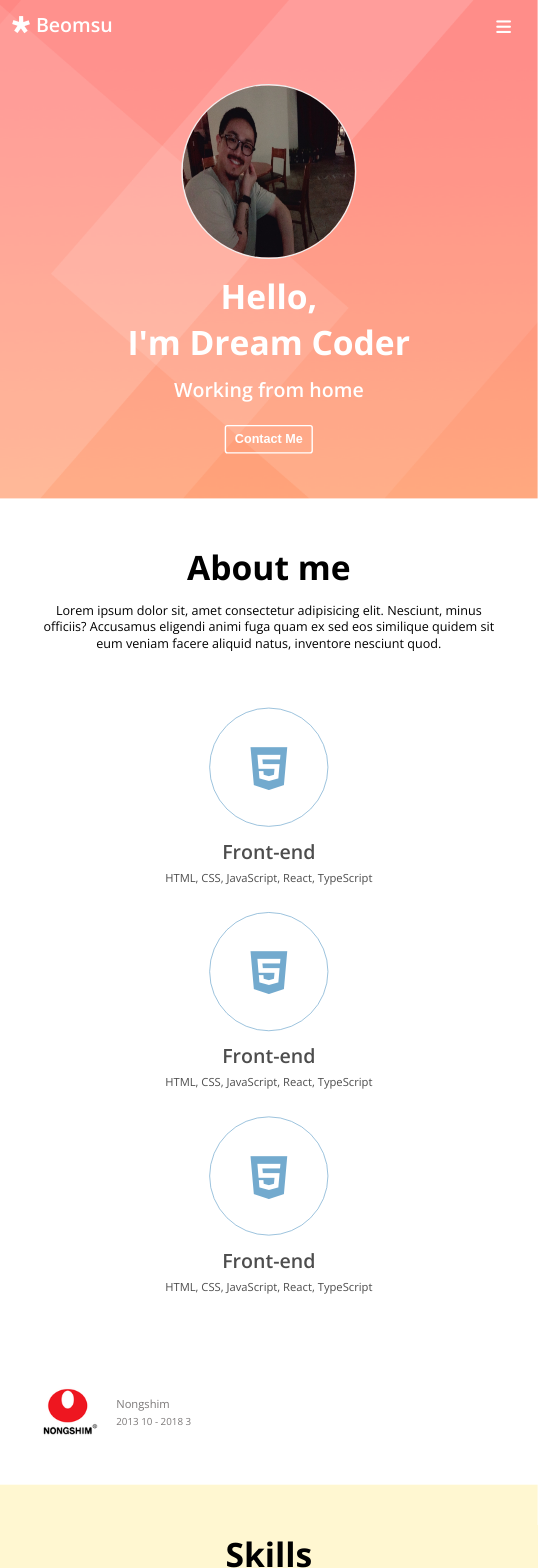
Repository: beomsu9696/Dream_Coding_Academy4
Page: index.html
An editor plug-in stored every save of this project. The page is shown before and after the next save, followed by the edit.
The browser window is 768 px wide. The pictures show the part of the page from y = 0 to 2240 px (the page is 5775 px tall), at 70% of full size.
After loading, the first visible `button.navbar__toggle-btn` was clicked once.
Some web libraries are served in a nearby version.

Above is the page before, as saved 2021-01-26 19:58:22.

### index.html
<!DOCTYPE html>
<html lang="en">
  <head>
    <meta charset="UTF-8" />
    <meta name="viewport" content="width=device-width, initial-scale=1.0" />
    <title>Portfolio</title>
    <meta name="description" content="Portfolio" />
    <meta name="author" content="Beomsu" />
    <link rel="icon" type="image/png" href="images/favicon.png" />
    <script
      src="https://kit.fontawesome.com/c90a48a564.js"
      crossorigin="anonymous"
    ></script>
    <link rel="preconnect" href="https://fonts.gstatic.com" />
    <link
      href="https://fonts.googleapis.com/css2?family=Open+Sans:wght@400;600;700&display=swap"
      rel="stylesheet"
    />
    <link rel="stylesheet" href="style.css" />
    <script src="main.js" defer></script>
  </head>
  <body>
    <!-- Navbar -->
    <nav id="navbar">
      <div class="navbar__logo">
        <i class="fab fa-diaspora"></i>
        <a href="#">Beomsu</a>
      </div>
      <ul class="navbar__menu">
        <li class="navbar__menu__item" data-link="#home">Home</li>
        <li class="navbar__menu__item" data-link="#about">About</li>
        <li class="navbar__menu__item" data-link="#skills">Skills</li>
        <li class="navbar__menu__item" data-link="#work">My Work</li>
        <li class="navbar__menu__item" data-link="#testimonials">
          Testimonials
        </li>
        <li class="navbar__menu__item" data-link="#contact">Contact</li>
      </ul>
      <!-- Togglle button -->
      <button class="navbar__toggle-btn">
        <i class="fas fa-bars"></i>
      </button>
    </nav>
    <!-- Home -->
    <section id="home">
      <div class="home__container">
        <img
          src="images/profile.JPG"
          alt="Beomsu's profile photo"
          class="home__avatar"
        />
        <h1 class="home__title">Hello, <br />I'm Dream Coder</h1>
        <h2 class="home__description">Working from home</h2>
        <button class="home__contact">Contact Me</button>
      </div>
    </section>
    <!-- About -->
    <section id="about" class="section section__container">
      <h1>About me</h1>
      <p>
        Lorem ipsum dolor sit, amet consectetur adipisicing elit. Nesciunt,
        minus officiis? Accusamus eligendi animi fuga quam ex sed eos similique
        quidem sit eum veniam facere aliquid natus, inventore nesciunt quod.
      </p>
      <div class="about__majors">
        <div class="major">
          <div class="major__icon">
            <i class="fab fa-html5"></i>
          </div>
          <h2 class="major__title">Front-end</h2>
          <div class="major__description">
            HTML, CSS, JavaScript, React, TypeScript
          </div>
        </div>
        <div class="major">
          <div class="major__icon">
            <i class="fab fa-html5"></i>
          </div>
          <h2 class="major__title">Front-end</h2>
          <div class="major__description">
            HTML, CSS, JavaScript, React, TypeScript
          </div>
        </div>
        <div class="major">
          <div class="major__icon">
            <i class="fab fa-html5"></i>
          </div>
          <h2 class="major__title">Front-end</h2>
          <div class="major__description">
            HTML, CSS, JavaScript, React, TypeScript
          </div>
        </div>
      </div>
      <div class="about__jobs">
        <div class="job">
          <img
            src="images/jobs/logo-nongshim.png"
            alt="nongshim"
            class="job__logo"
          />
          <div class="job__description">
            <p class="job__name">Nongshim</p>
            <p class="job__period">2013 10 - 2018 3</p>
          </div>
        </div>
        <div class="job">
          <img src="" alt="" class="job__logo" />
          <div class="job__description">
            <p class="job__name"></p>
            <p class="job__period"></p>
          </div>
        </div>
      </div>
    </section>
    <!-- Skills -->
    <section id="skills" class="section">
      <div class="section__container">
        <h1>Skills</h1>
        <h2>Skills & Attributes</h2>
        <p>
          Lorem, ipsum dolor sit amet consectetur adipisicing elit. Vel odit
          repellendus quidem quod quibusdam et autem sint doloribus quis dolore.
          Provident aliquid suscipit voluptates iste sunt delectus unde cumque
          repellendus!
        </p>
        <div class="skillset">
          <div class="skillset__left">
            <h3 class="skillset__title">Skills</h3>
            <div class="skill">
              <div class="skill__description">
                <span>HTML</span>
                <span>70%</span>
              </div>
              <!-- <progress value="70" max="100"></progress> -->
              <div class="skill__bar">
                <div class="skill__value" style="width: 70%"></div>
              </div>
            </div>
            <div class="skill">
              <div class="skill__description">
                <span>HTML</span>
                <span>70%</span>
              </div>
              <div class="skill__bar">
                <div class="skill__value"></div>
              </div>
            </div>
            <div class="skill">
              <div class="skill__description">
                <span>HTML</span>
                <span>70%</span>
              </div>
              <div class="skill__bar">
                <div class="skill__value"></div>
              </div>
            </div>
            <div class="skill">
              <div class="skill__description">
                <span>HTML</span>
                <span>70%</span>
              </div>
              <div class="skill__bar">
                <div class="skill__value"></div>
              </div>
            </div>
            <div class="skill">
              <div class="skill__description">
                <span>HTML</span>
                <span>70%</span>
              </div>
              <div class="skill__bar">
                <div class="skill__value"></div>
              </div>
            </div>
          </div>
          <div class="skillset__right">
            <div class="tools">
              <h3 class="skillset__title">Tools</h3>
              <ul class="tools__list">
                <li><span>Visual Studio Code</span></li>
                <li><span>Visual Studio Code</span></li>
                <li><span>Visual Studio Code</span></li>
                <li><span>Visual Studio Code</span></li>
                <li><span>Visual Studio Code</span></li>
              </ul>
            </div>
            <div class="etc">
              <h3 class="skillset__title">Etc</h3>
              <ul class="etc__list">
                <li><span>Git</span></li>
                <li><span>Git</span></li>
                <li><span>Git</span></li>
              </ul>
            </div>
          </div>
        </div>
      </div>
    </section>
    <!-- Work -->
    <section id="work" class="section">
      <div class="section__container">
        <h1>My work</h1>
        <h3>Projects</h3>
        <div class="work__categories">
          <button class="category__btn selected" data-filter="*">
            All <span class="category__count">8</span>
          </button>
          <button class="category__btn" data-filter="front-end1">
            Front-end <span class="category__count">1</span>
          </button>
          <button class="category__btn" data-filter="front-end2">
            Front-end <span class="category__count">1</span>
          </button>
          <button class="category__btn" data-filter="front-end3">
            Front-end <span class="category__count">1</span>
          </button>
        </div>
        <div class="work__projects">
          <a href="#" class="project" target="_blank" data-type="front-end1">
            <img
              class="project__img"
              src="images/projects/project1.png"
              alt="Project1"
            />
            <div class="project__description">
              <h3>Project</h3>
              <span>Clone coding with HTML and CSS</span>
            </div>
          </a>
          <a href="#" class="project" target="_blank" data-type="front-end2">
            <img
              class="project__img"
              src="images/projects/project2.png"
              alt="Project2"
            />
            <div class="project__description">
              <h3>Project</h3>
              <span>Clone coding with HTML and CSS</span>
            </div>
          </a>
          <a href="#" class="project" target="_blank" data-type="front-end3">
            <img
              class="project__img"
              src="images/projects/project3.png"
              alt="Project3"
            />
            <div class="project__description">
              <h3>Project</h3>
              <span>Clone coding with HTML and CSS</span>
            </div>
          </a>
          <a href="#" class="project" target="_blank">
            <img
              class="project__img"
              src="images/projects/project4.png"
              alt="Project4"
            />
            <div class="project__description">
              <h3>Project</h3>
              <span>Clone coding with HTML and CSS</span>
            </div>
          </a>
          <a href="#" class="project" target="_blank">
            <img
              class="project__img"
              src="images/projects/project5.png"
              alt="Project5"
            />
            <div class="project__description">
              <h3>Project</h3>
              <span>Clone coding with HTML and CSS</span>
            </div>
          </a>
          <a href="#" class="project" target="_blank">
            <img
              class="project__img"
              src="images/projects/project6.png"
              alt="Project6"
            />
            <div class="project__description">
              <h3>Project</h3>
              <span>Clone coding with HTML and CSS</span>
            </div>
          </a>
          <a href="#" class="project" target="_blank">
            <img
              class="project__img"
              src="images/projects/project7.png"
              alt="Project7"
            />
            <div class="project__description">
              <h3>Project</h3>
              <span>Clone coding with HTML and CSS</span>
            </div>
          </a>
          <a href="#" class="project" target="_blank">
            <img
              class="project__img"
              src="images/projects/project8.png"
              alt="Project8"
            />
            <div class="project__description">
              <h3>Project</h3>
              <span>Clone coding with HTML and CSS</span>
            </div>
          </a>
        </div>
      </div>
    </section>
    <!-- Testimonials -->
    <section id="testimonials" class="section">
      <div class="section__container">
        <h1>Testimonials</h1>
        <h3>See what they say about me</h3>
        <div class="testimonials">
          <div class="testimonial">
            <img
              src="images/people1.jpg"
              alt="People"
              class="testimonial__avatar"
            />
            <div class="testimonial__speech-bubble">
              <p>
                Lorem ipsum dolor sit amet consectetur adipisicing elit.
                Corporis sequi mollitia odit commodi, neque illo. Voluptatum
                possimus illum qui dolores optio porro ipsa doloribus atque
                tenetur voluptas, distinctio nulla sit?
              </p>
              <p class="name"><a href="#">Man</a>Google</p>
            </div>
          </div>
          <div class="testimonial">
            <div class="testimonial__speech-bubble">
              <p>
                Lorem ipsum dolor sit amet consectetur adipisicing elit.
                Corporis sequi mollitia odit commodi, neque illo. Voluptatum
                possimus illum qui dolores optio porro ipsa doloribus atque
                tenetur voluptas, distinctio nulla sit?
              </p>
              <p class="name"><a href="#">Man</a>Google</p>
            </div>
            <img
              src="images/people1.jpg"
              alt="People"
              class="testimonial__avatar"
            />
          </div>
        </div>
      </div>
    </section>
    <!-- Contact -->
    <section id="contact" class="section">
      <h1 class="contact__title">Let's talk</h1>
      <h2 class="contact__email">dream.coder.ellie@gmail.com</h2>
      <div class="contact__links">
        <a href="#" target="_blank">
          <i class="fab fa-github"></i>
        </a>
        <a href="#" target="_blank">
          <i class="fab fa-linkedin"></i>
        </a>
      </div>
      <p class="contact__rights">
        2021 Dream Coding Ellie - All rights reserved
      </p>
    </section>
    <!-- Arrow up -->
    <button class="arrow-up">
      <i class="fa fa-arrow-up"></i>
    </button>
  </body>
</html>

### style.css
/* Universal tags */
* {
  box-sizing: border-box;
}

body {
  margin: 0;
  font-family: "Open Sans", sans-serif;
  cursor: default;
}

a {
  text-decoration: none;
  color: var(--color-white);
}

ul {
  list-style: none;
  padding-left: 0;
}

button {
  outline: none;
  background-color: transparent;
  cursor: pointer;
  border: none;
}

/* Global */
:root {
  /* Color */
  --color-white: #ffffff;
  --color-light-white: #eeeeee;
  --color-dark-white: #bdbdbd;
  --color-pink: #fe918d;
  --color-dark-pink: #ff6863;
  --color-dark-grey: #4d4d4d;
  --color-grey: #616161;
  --color-light-grey: #7c7979;
  --color-blue: #73aace;
  --color-yellow: #fff7d1;
  --color-orange: #feb546;
  --color-black: #000000;

  /* Font size */
  --font-large: 48px;
  --font-medium: 28px;
  --font-regular: 18px;
  --font-small: 16px;
  --font-micro: 14px;

  /* Font weight */
  --weight-bold: 700;
  --weight-semi-bold: 600;
  --weight-regular: 400;

  /* Size */
  --size-border-radius: 4px;

  /* Animation */
  --animation-duration: 300ms;
}

/* Typography */

h1 {
  font-size: var(--font-large);
  font-weight: var(--weight-bold);
  color: var(--color-black);
  margin: 16px 0px;
}

h2 {
  font-size: var(--font-medium);
  font-weight: var(--weight-semi-bold);
  color: var(--color-black);
  margin: 8px 0;
}

h3 {
  font-size: var(--font-regular);
  font-weight: var(--weight-regular);
  color: var(--color-black);
  margin: 8px 0;
}

p {
  font-size: var(--font-regular);
  font-weight: var(--weight-regular);
  color: var(--color-black);
  margin: 4px 0;
}

/* Navbar */
#navbar {
  position: fixed;
  width: 100%;
  display: flex;
  justify-content: space-between;
  align-items: center;
  color: var(--color-white);
  padding: 16px;
  background-color: transparent;
  transition: all var(--animation-duration) ease-in-out;
  z-index: 1;
}

#navbar.navbar--dark {
  background-color: var(--color-pink);
  padding: 8px;
}

.navbar__menu {
  display: flex;
}

.navbar__logo {
  font-size: var(--font-medium);
  font-weight: var(--weight-semi-bold);
}

.navbar__menu__item {
  padding: 8px 12px;
  margin: 0 4px;
  cursor: pointer;
  border-radius: var(--size-border-radius);
  border: 1px solid transparent;
}

.navbar__menu__item:hover {
  border: 1px solid var(--color-white);
  background-color: var(--color-dark-pink);
}

.navbar__toggle-btn {
  position: absolute;
  top: 24px;
  right: 32px;
  font-size: 24px;
  color: var(--color-white);
  display: none;
}

/* Home */
#home {
  background: center/cover no-repeat url(images/homebackground.png);
  padding: 40px;
  padding-top: 120px;
  text-align: center;
}

.home__avatar {
  width: 250px;
  height: 250px;
  border-radius: 50%;
  border: 2px solid var(--color-light-white);
}

.home__title,
.home__description {
  color: var(--color-white);
}

.home__contact {
  color: var(--color-white);
  font-size: var(--font-regular);
  font-weight: var(--weight-bold);
  margin: 24px;
  padding: 8px 12px;
  border: 2px solid var(--color-white);
  border-radius: var(--size-border-radius);
}

/* Section common */
.section {
  text-align: center;
  padding: 50px;
  margin: auto;
}

.section__container {
  max-width: 1200px;
  margin: auto;
}
/* About */
.about__majors {
  display: flex;
  justify-content: space-between;
  margin: 80px 0;
}

.major__icon {
  width: 170px;
  height: 170px;
  line-height: 170px;
  font-size: 70px;
  margin: auto;
  color: var(--color-blue);
  border: 1px solid var(--color-blue);
  border-radius: 50%;
  margin-bottom: 16px;
}

.major__icon i {
  transition: all var(--animation-duration) ease;
}

.major__icon:hover i {
  color: var(--color-pink);
  transform: rotate(-30deg) scale(1.1);
}

.major__title,
.major__description {
  color: var(--color-dark-grey);
}

.major__description {
  font-size: var(--font-small);
}

.job {
  display: flex;
  align-items: center;
}

.job__description {
  margin: 0 16px;
  text-align: left;
}

.job__name,
.job__period {
  color: var(--color-light-grey);
}

.job__name {
  font-size: var(--font-small);
}

.job__period {
  font-size: var(--font-micro);
}

/* Skill */
#skills {
  background-color: var(--color-yellow);
}

.skillset {
  display: flex;
  background-color: var(--color-light-grey);
  color: var(--color-light-white);
  margin: 20px 0;
}

.skillset__title {
  color: var(--color-white);
}

.skillset__left {
  flex-basis: 60%;
  background-color: var(--color-dark-grey);
  padding: 20px 40px;
}

.skill {
  margin-bottom: 8px;
}

.skill__description {
  display: flex;
  justify-content: space-between;
}

.skill__bar {
  width: 100%;
  height: 3px;
  background-color: var(--color-grey);
}

.skill__value {
  width: 100%;
  height: 3px;
  background-color: var(--color-orange);
}

.skillset__right {
  flex-basis: 40%;
}

.tools {
  background-color: var(--color-grey);
}

.tools,
.etc {
  padding: 20px;
}

/* Work */
.work__categories {
  margin: 40px;
}

.category__btn {
  border: 1px solid var(--color-dark-white);
  border-radius: var(--size-border-radius);
  font-size: var(--font-regular);
  padding: 8px 48px;
}

.category__btn.selected,
.category__btn:hover {
  background-color: var(--color-pink);
  color: var(--color-white);
}

.category__btn.selected .category__count,
.category__btn:hover .category__count {
  opacity: 1;
  top: 0;
}

.category__count {
  background-color: var(--color-orange);
  border-radius: 50%;
  color: var(--color-white);
  width: 24px;
  height: 24px;
  line-height: 24px;
  display: inline-block;
  position: relative;
  top: -20px;
  left: 4px;
  opacity: 0;
  transition: all var(--animation-duration) ease-in;
}

.work__projects {
  display: flex;
  flex-wrap: wrap;
  justify-content: center;
  opacity: 1;
  transition: all var(--animation-duration) ease-out;
}

.work__projects.anim-out {
  opacity: 0.6;
  transform: scale(0.96) translateY(40px);
}

.project {
  position: relative;
  display: flex;
  justify-content: center;
  align-items: center;
  width: 280px;
  height: 250px;
  margin: 2px;
  background-color: var(--color-light-white);
}

.project.invisible {
  display: none;
}

.project__img {
  max-width: 100%;
  max-height: 100%;
}

.project__description {
  position: absolute;
  background-color: black;
  display: flex;
  flex-direction: column;
  justify-content: center;
  width: 100%;
  height: 100%;
  top: 0;
  left: 0;
  opacity: 0;
  transform: translateY(10px);
  transition: all var(--animation-duration) ease-in;
}

.project:hover .project__description {
  transform: translateY(0px);
  opacity: 0.8;
}

.project__description h3 {
  color: var(--color-white);
}

.project__description h3:after {
  content: "";
  display: block;
  position: relative;
  left: 50%;
  width: 25px;
  height: 2px;
  margin-left: -12px;
  margin-top: 8px;
  background-color: var(--color-dark-white);
}

/* Testimonial */
#testimonials {
  background-color: var(--color-light-white);
}

.testimonials {
  margin: 40px;
}

.testimonial {
  display: flex;
  margin: 32px 0;
}

.testimonial__avatar {
  width: 150px;
  height: 150px;
  border-radius: 50%;
}

.testimonial__avatar:nth-child(odd) {
  margin-right: 40px;
}
.testimonial__avatar:nth-child(even) {
  margin-left: 40px;
}

.testimonial__speech-bubble {
  padding: 18px;
  background-color: var(--color-white);
  border-radius: var(--size-border-radius);
}

.testimonial__speech-bubble p {
  color: var(--color-light-grey);
}

.testimonial__speech-bubble a {
  color: var(--color-pink);
}

/* Contact */
#contact {
  background-color: var(--color-pink);
}

.contact__title,
.contact__email,
.contact__rights {
  color: var(--color-white);
}

.contact__title {
  margin: 32px 0;
}

.contact__links {
  font-size: var(--font-large);
  margin: 24px 0;
}

.contact__links i {
  transition: all var(--animation-duration) ease-in;
}

.contact__links i:hover {
  transform: scale(1.1);
  color: var(--color-yellow);
}

/* Scroll */
.arrow-up {
  position: fixed;
  bottom: 50px;
  right: 50px;
  font-size: 50px;
  width: 70px;
  height: 70px;
  background-color: var(--color-pink);
  color: var(--color-white);
  border-radius: 50%;
  opacity: 0;
  transition: all 300ms ease-in;
  pointer-events: none;
}

.arrow-up.visible {
  opacity: 1;
  pointer-events: auto;
}

/* For below 768px screen width */
@media screen and (max-width: 768px) {
  .navbar__toggle-btn {
    display: block;
  }

  #navbar {
    flex-direction: column;
    align-items: flex-start;
  }

  .navbar__menu {
    flex-direction: column;
    text-align: center;
    width: 100%;
    display: none;
  }

  .about__majors {
    flex-direction: column;
  }

  .major {
    margin-bottom: 38px;
  }

  .skillset {
    flex-direction: column;
  }

  .project {
    flex-grow: 1;
  }
  .testmonial__avatar {
    width: 80px;
    height: 80px;
  }
}
/* For below 970px screen width */
@media screen and (max-width: 970px) {
  .work__categories {
    display: flex;
    flex-direction: column;
  }

  .category__btn:nth-child(even),
  .category__btn:nth-child(3) {
    margin-top: 4px;
  }
}

### main.js
"use strict";

// Make navbar transparent when it is on the top
const navbar = document.querySelector("#navbar");
const navbarHeight = navbar.getBoundingClientRect().height;
document.addEventListener("scroll", () => {
  if (window.scrollY > navbarHeight) {
    navbar.classList.add("navbar--dark");
  } else {
    navbar.classList.remove("navbar--dark");
  }
});

// Handle scrolling when tapping on the navbar menu
const navbarMenu = document.querySelector(".navbar__menu");
navbarMenu.addEventListener("click", (event) => {
  const target = event.target;
  const link = target.dataset.link;
  if (link == undefined) {
    return;
  }
  scrollIntoView(link);
});

// Navbar toggle button for small screen
const navbarToggleBtn = document.querySelector(".navbar__toggle-btn");
navbarToggleBtn.addEventListener("click", () => {
  navbarMenu.classList.toggle("open");
});

// Handle click on 'contact me' button on home
const homeContact = document.querySelector(".home__contact");
homeContact.addEventListener("click", () => {
  scrollIntoView("#contact");
});

// Make home slowly fade to transparent as the window scrolls down
const home = document.querySelector(".home__container");
const homeHeight = home.getBoundingClientRect().height;
document.addEventListener("scroll", () => {
  home.style.opacity = 1 - window.scrollY / homeHeight;
});

// Show 'arrow up' button when scrolling down
const arrowUp = document.querySelector(".arrow-up");
document.addEventListener("scroll", () => {
  if (window.scrollY > homeHeight / 2) {
    arrowUp.classList.add("visible");
  } else {
    arrowUp.classList.remove("visible");
  }
});

// Handle click on the 'arrow up' button
arrowUp.addEventListener("click", () => {
  scrollIntoView("#home");
});

// Projects
const workBtnContainer = document.querySelector(".work__categories");
const projectContainer = document.querySelector(".work__projects");
const projects = document.querySelectorAll(".project");
workBtnContainer.addEventListener("click", (e) => {
  const filter = e.target.dataset.filter || e.target.parentNode.dataset.filter;
  if (filter == null) {
    return;
  }

  // Remove selection from the previous item and select the new one
  const active = document.querySelector(".category__btn.selected");
  active.classList.remove("selected");
  const target =
    e.target.nodeName === "BUTTON" ? e.target : e.target.parentNode;
  target.classList.add("selected");

  projectContainer.classList.add("anim-out");
  setTimeout(() => {
    projects.forEach((project) => {
      if (filter === "*" || filter === project.dataset.type) {
        project.classList.remove("invisible");
      } else {
        project.classList.add("invisible");
      }
    });
    projectContainer.classList.remove("anim-out");
  }, 300);
});

function scrollIntoView(selector) {
  const scrollTo = document.querySelector(selector);
  scrollTo.scrollIntoView({ behavior: "smooth" });
}

After the next save:
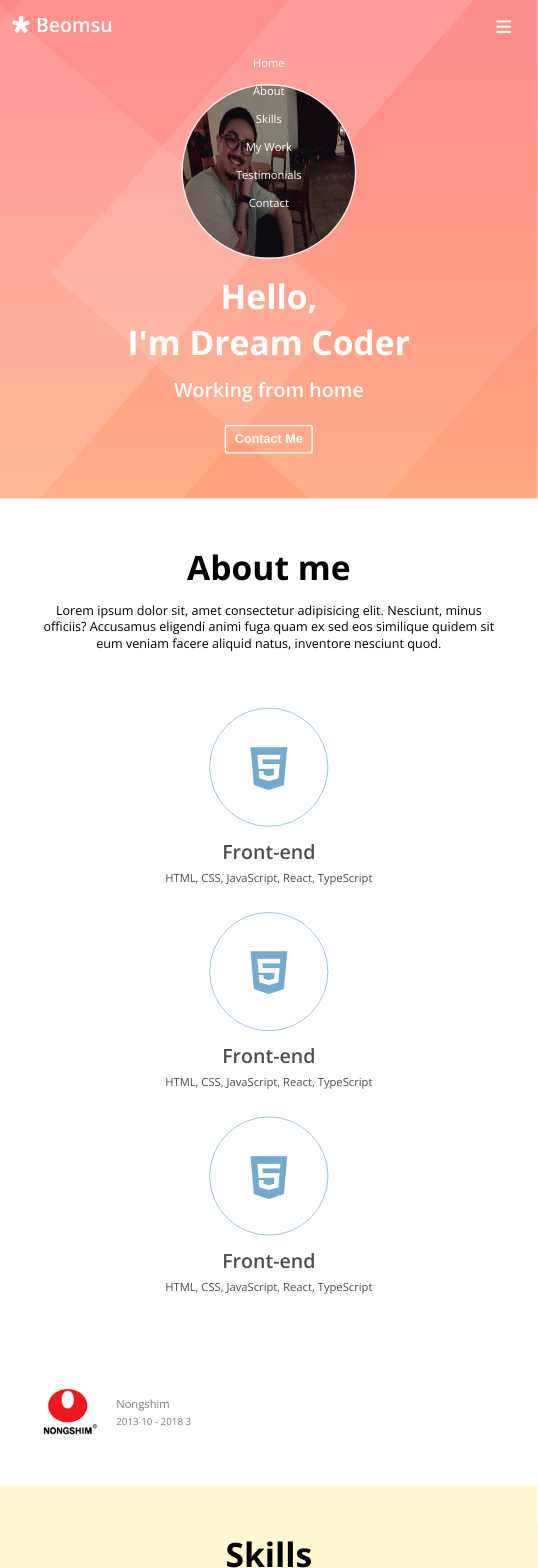
Saved 28 s later.
--- a/style.css
+++ b/style.css
@@ -515,6 +515,10 @@
     display: none;
   }
 
+  .navbar__menu.open {
+    display: block;
+  }
+
   .about__majors {
     flex-direction: column;
   }
